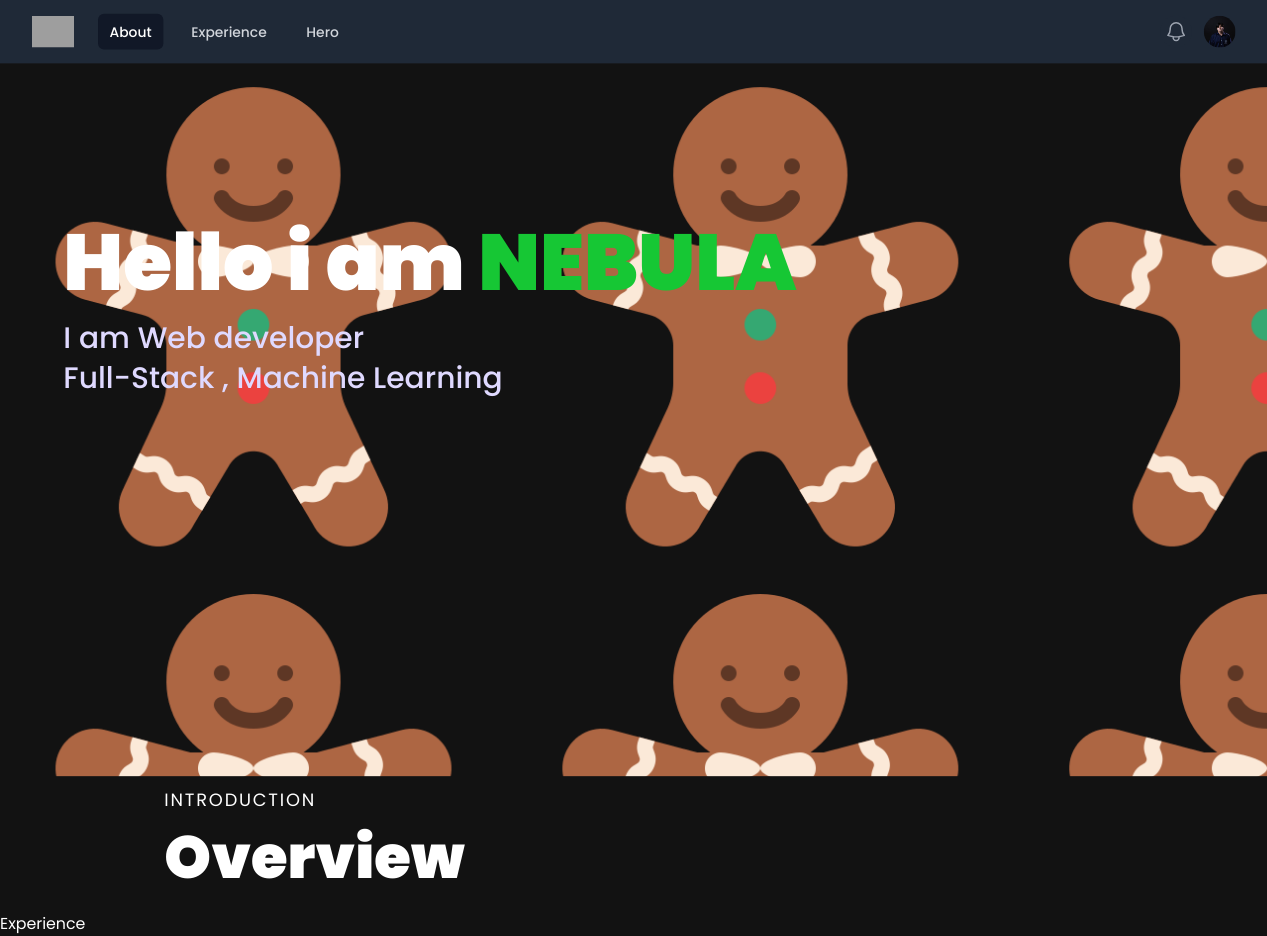
Repository: supakorn5039-boon/React-f
Page: /
These files come from the project's save history. The page is drawn as it stood at one moment and after a run of saves; the edit follows.
The browser window is 1280 px wide. The pictures show the whole page, at 99% of full size.
Pictures or frames that could not be fetched are drawn as grey boxes. The project was rebuilt for these pictures with package versions that can differ from the ones it lists, and the page was loaded fresh each time. Also part of the build but not shown: vite.config.js.

Above is the page before, as saved 2024-01-09 21:44:43.

### src/App.jsx
import Hero from "./components/Hero";
import About from "./components/About";
import Experience from "./components/Experience";
import Navbar from "./components/Navbar";

export default function App() {
  return (
    <div>
      <Navbar />
      <Hero />
      <About />
      <Experience />
    </div>
  );
}

### src/index.css
@import url("https://fonts.googleapis.com/css2?family=Poppins:wght@100;200;300;400;500;600;700;800;900&display=swap");

@tailwind base;
@tailwind components;
@tailwind utilities;

* {
  margin: 0;
  padding: 0;
  box-sizing: border-box;
  font-family: "Poppins", sans-serif;
  scroll-behavior: smooth;
  color-scheme: dark;
}
.bg-boon {
  background-image: url("./assets/gingerbread-man.png");
}
.section {
  position: absolute;
  inset: 0;
  top: 120px;
  max-width: 7xl;
  margin: 0 auto;
  padding-left: 6rem;
  padding-right: 6rem;
  display: flex;
  flex-direction: row;
  align-items: flex-start;
  gap: 1.25rem; /* This corresponds to 5 units in "rem" */
}
.heroHeadText {
  font-weight: 900;
  color: white;
  font-size: 80px;
  line-height: 98px;
  margin-top: 2rem;
}

@media (max-width: 1023px) {
  .heroHeadText {
    font-size: 60px;
  }
}

@media (max-width: 767px) {
  .heroHeadText {
    font-size: 50px;
  }
}

@media (max-width: 575px) {
  .heroHeadText {
    font-size: 40px;
  }
}

.heroSubText {
  font-weight: 500;
  color: #dfd9ff;
  font-size: 30px;
  line-height: 40px;
}

@media (max-width: 1023px) {
  .heroSubText {
    font-size: 26px;
  }
}

@media (max-width: 767px) {
  .heroSubText {
    font-size: 20px;
  }
}

@media (max-width: 575px) {
  .heroSubText {
    font-size: 16px;
  }
}

.sectionHeadText {
  color: white;
  font-weight: 900;
  font-size: 60px;
}

@media (max-width: 767px) {
  .sectionHeadText {
    font-size: 50px;
  }
}

@media (max-width: 575px) {
  .sectionHeadText {
    font-size: 40px;
  }
}

.sectionSubText {
  font-size: 18px;
  text-transform: uppercase;
  letter-spacing: 0.1em;
  color: var(--text-secondary);
}

@media (max-width: 767px) {
  .sectionSubText {
    font-size: 18px;
  }
}

.about-head {
  padding: 10px 6px; /* Default padding values */
  max-width: calc(100% - 20rem); /* Adjust the value according to your needs */
  margin: 0 auto;
  position: relative;
  z-index: 0;
}

@media (min-width: 640px) {
  .myElement {
    padding: 16px 6px; /* Updated padding for sm screen size */
  }
}

.about-text {
  margin-top: 1rem; /* Equivalent to mt-4 */
  color: white; /* Assuming --text-secondary is defined */
  font-size: 17px;
  max-width: 48rem; /* Equivalent to max-w-3xl */
  line-height: 1.875rem; /* Equivalent to leading-[30px] */
}

### src/components/Hero.jsx
export default function Hero() {
  return (
    <section className="relative w-full h-screen mx-auto bg-boon">
      <div className="absolute inset-0 top-[120px] mx-w-7xl mx-auto sm:px-16 px-6 flex flex-auto">
        <div>
          <h1 className="heroHeadText">
            Hello i am <span className="text-[#16c734]">NEBULA</span>
          </h1>
          <p className="heroSubText mt-2 text-white-100">
            I am Web developer <br />
            Full-Stack , Machine Learning
          </p>
        </div>
      </div>
    </section>
  );
}

### src/components/About.jsx
const About = () => {
  return (
    <div className="about-head">
      <div className="sectionSubText">Introduction</div>
      <h2 className="sectionHeadText">Overview</h2>


    </div>
  );
};

export default About;

### src/components/Navbar.jsx
import { Fragment } from "react";
import { Disclosure, Menu, Transition } from "@headlessui/react";
import { Bars3Icon, BellIcon, XMarkIcon } from "@heroicons/react/24/outline";
import boon from "../assets/Photo.jpg";
const navigation = [
  { name: "About", href: "#about", current: true },
  { name: "Experience", href: "#experience", current: false },
  { name: "Hero", href: "#hero", current: false },
];

function classNames(...classes) {
  return classes.filter(Boolean).join(" ");
}

export default function Navbar() {
  return (
    <Disclosure as="nav" className="bg-gray-800">
      {({ open }) => (
        <>
          <div className="mx-auto max-w-7xl px-2 sm:px-6 lg:px-8">
            <div className="relative flex h-16 items-center justify-between">
              <div className="absolute inset-y-0 left-0 flex items-center sm:hidden">
                {/* Mobile menu button*/}
                <Disclosure.Button className="relative inline-flex items-center justify-center rounded-md p-2 text-gray-400 hover:bg-gray-700 hover:text-white focus:outline-none focus:ring-2 focus:ring-inset focus:ring-white">
                  <span className="absolute -inset-0.5" />
                  <span className="sr-only">Open main menu</span>
                  {open ? (
                    <XMarkIcon className="block h-6 w-6" aria-hidden="true" />
                  ) : (
                    <Bars3Icon className="block h-6 w-6" aria-hidden="true" />
                  )}
                </Disclosure.Button>
              </div>
              <div className="flex flex-1 items-center justify-center sm:items-stretch sm:justify-start">
                <div className="flex flex-shrink-0 items-center">
                  <img
                    className="h-8 w-auto"
                    src="https://tailwindui.com/img/logos/mark.svg?color=indigo&shade=500"
                    alt="Your Company"
                  />
                </div>
                <div className="hidden sm:ml-6 sm:block">
                  <div className="flex space-x-4">
                    {navigation.map((item) => (
                      <a
                        key={item.name}
                        href={item.href}
                        className={classNames(
                          item.current
                            ? "bg-gray-900 text-white"
                            : "text-gray-300 hover:bg-gray-700 hover:text-white",
                          "rounded-md px-3 py-2 text-sm font-medium"
                        )}
                        aria-current={item.current ? "page" : undefined}
                      >
                        {item.name}
                      </a>
                    ))}
                  </div>
                </div>
              </div>
              <div className="absolute inset-y-0 right-0 flex items-center pr-2 sm:static sm:inset-auto sm:ml-6 sm:pr-0">
                <button
                  type="button"
                  className="relative rounded-full bg-gray-800 p-1 text-gray-400 hover:text-white focus:outline-none focus:ring-2 focus:ring-white focus:ring-offset-2 focus:ring-offset-gray-800"
                >
                  <span className="absolute -inset-1.5" />
                  <span className="sr-only">View notifications</span>
                  <BellIcon className="h-6 w-6" aria-hidden="true" />
                </button>

                {/* Profile dropdown */}
                <Menu as="div" className="relative ml-3">
                  <div>
                    <Menu.Button className="relative flex rounded-full bg-gray-800 text-sm focus:outline-none focus:ring-2 focus:ring-white focus:ring-offset-2 focus:ring-offset-gray-800">
                      <span className="absolute -inset-1.5" />
                      <span className="sr-only">Open user menu</span>
                      <img className="h-8 w-8 rounded-full" src={boon} alt="" />
                    </Menu.Button>
                  </div>
                  <Transition
                    as={Fragment}
                    enter="transition ease-out duration-100"
                    enterFrom="transform opacity-0 scale-95"
                    enterTo="transform opacity-100 scale-100"
                    leave="transition ease-in duration-75"
                    leaveFrom="transform opacity-100 scale-100"
                    leaveTo="transform opacity-0 scale-95"
                  >
                    <Menu.Items className="absolute right-0 z-10 mt-2 w-48 origin-top-right rounded-md bg-white py-1 shadow-lg ring-1 ring-black ring-opacity-5 focus:outline-none">
                      <Menu.Item>
                        {({ active }) => (
                          <a
                            href="#"
                            className={classNames(
                              active ? "bg-gray-100" : "",
                              "block px-4 py-2 text-sm text-gray-700"
                            )}
                          >
                            Your Profile
                          </a>
                        )}
                      </Menu.Item>
                      <Menu.Item>
                        {({ active }) => (
                          <a
                            href="#"
                            className={classNames(
                              active ? "bg-gray-100" : "",
                              "block px-4 py-2 text-sm text-gray-700"
                            )}
                          >
                            Settings
                          </a>
                        )}
                      </Menu.Item>
                      <Menu.Item>
                        {({ active }) => (
                          <a
                            href="#"
                            className={classNames(
                              active ? "bg-gray-100" : "",
                              "block px-4 py-2 text-sm text-gray-700"
                            )}
                          >
                            Sign out
                          </a>
                        )}
                      </Menu.Item>
                    </Menu.Items>
                  </Transition>
                </Menu>
              </div>
            </div>
          </div>

          <Disclosure.Panel className="sm:hidden">
            <div className="space-y-1 px-2 pb-3 pt-2">
              {navigation.map((item) => (
                <Disclosure.Button
                  key={item.name}
                  as="a"
                  href={item.href}
                  className={classNames(
                    item.current
                      ? "bg-gray-900 text-white"
                      : "text-gray-300 hover:bg-gray-700 hover:text-white",
                    "block rounded-md px-3 py-2 text-base font-medium"
                  )}
                  aria-current={item.current ? "page" : undefined}
                >
                  {item.name}
                </Disclosure.Button>
              ))}
            </div>
          </Disclosure.Panel>
        </>
      )}
    </Disclosure>
  );
}

Loaded but not shown: index.html (common file); src/main.jsx (common file); src/components/Experience.jsx (common file); tailwind.config.js (common file)

After the next 4 saves:
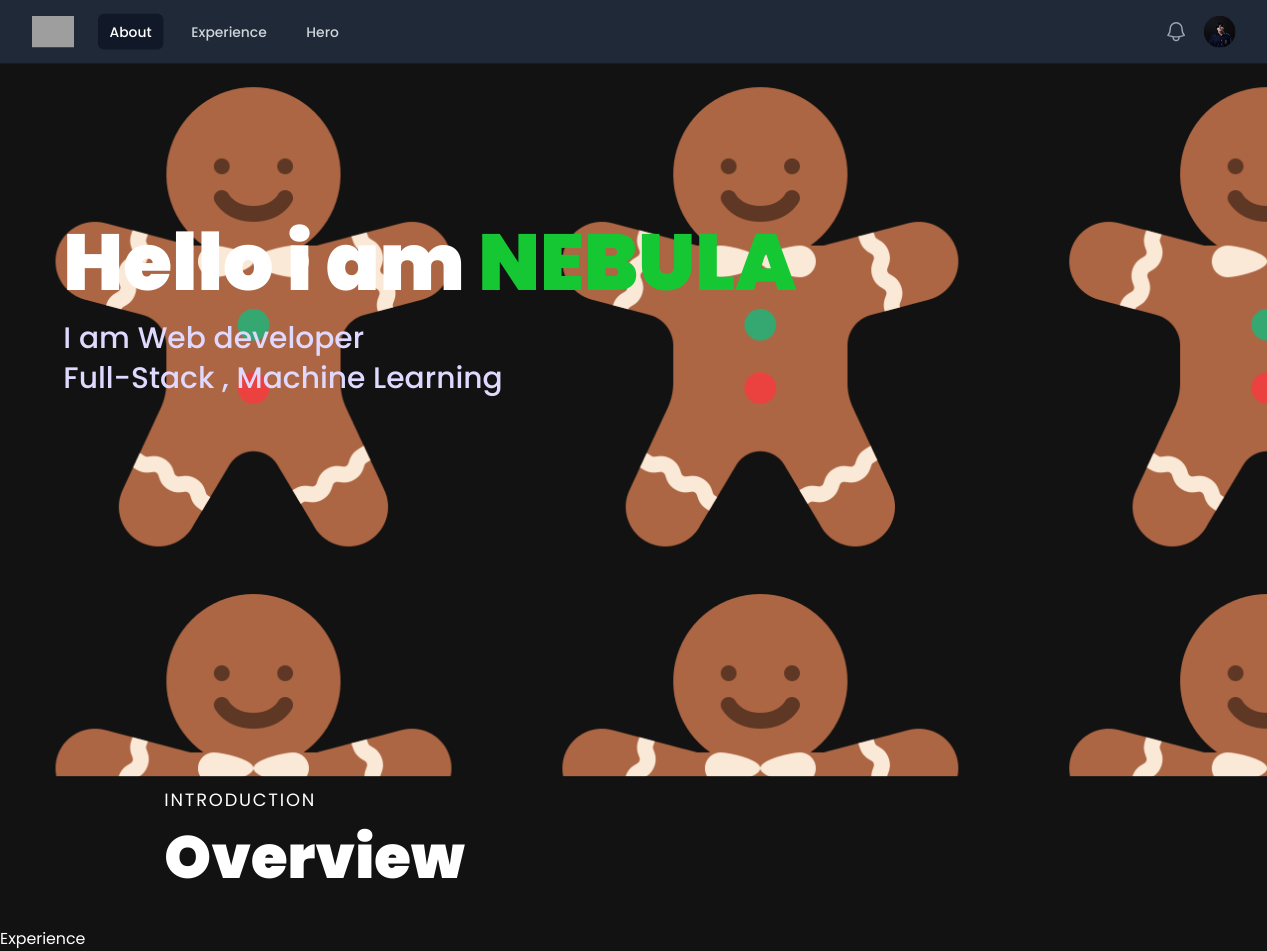
The 4 saves are shown as one change because they came seconds apart.
The last was saved 9 s later.
--- a/src/components/About.jsx
+++ b/src/components/About.jsx
@@ -3,7 +3,7 @@ const About = () => {
     <div className="about-head">
       <div className="sectionSubText">Introduction</div>
       <h2 className="sectionHeadText">Overview</h2>
-
+      <div className="about-text"></div>
 
     </div>
   );
